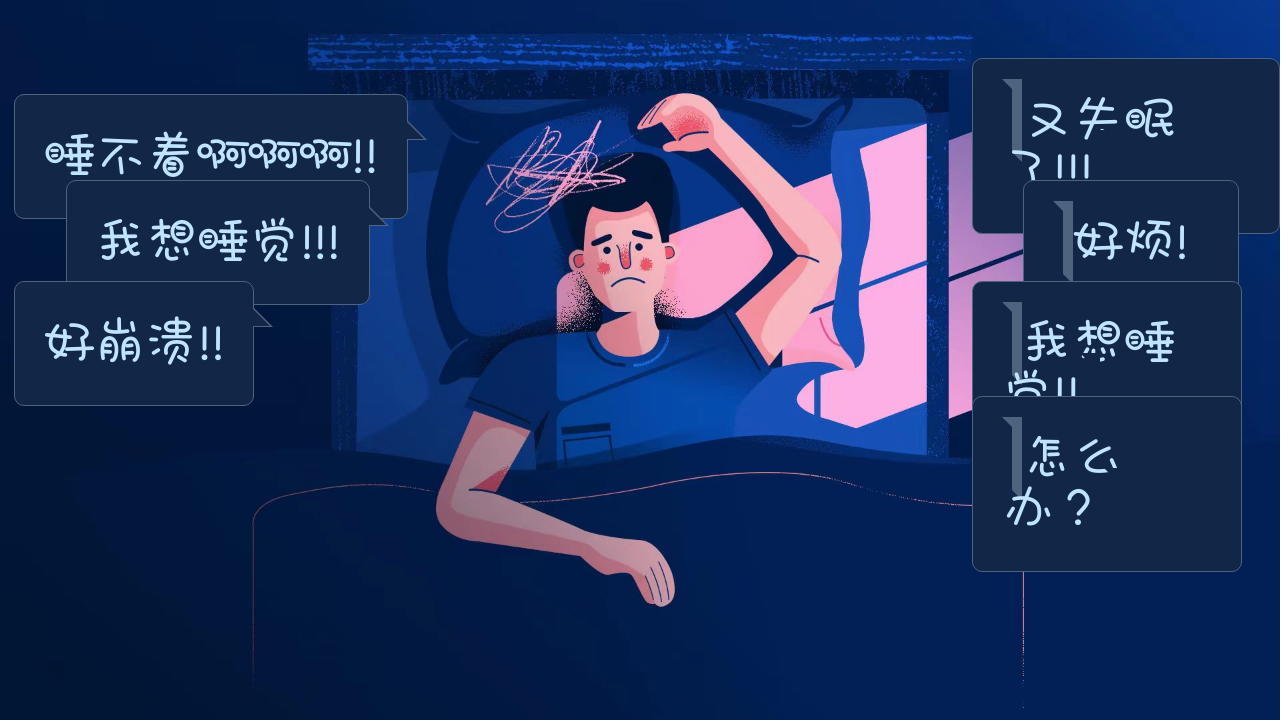
Repository: chjyume/zhongyi
Page: index2.html
These files come from the project's save history. The page is drawn as it stood at one moment and after the next save; the edit follows.
The browser window is 1280 px wide. The page is 1288 px wide, so the pictures cover 1288 px, including what lies to the right of the window. The pictures show the whole page.

Above is the page before, as saved 2023-08-29 23:07:16.

After the next save:
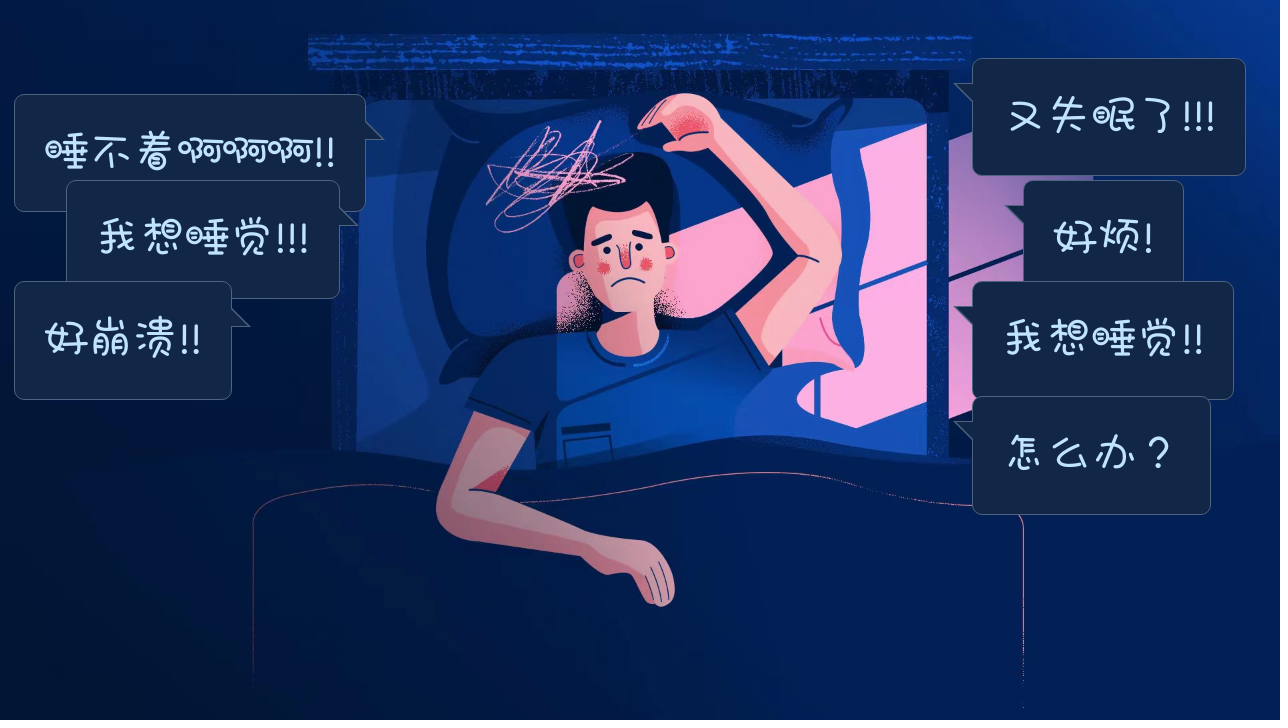
Saved 89 s later.
--- a/css/index2.css
+++ b/css/index2.css
@@ -2,8 +2,8 @@
   display: inline-block;
   height: 8vh;
   font-family: HYLeMiaoTi;
-  font-size: 4vw;
-  line-height: 4vw;
+  font-size: 3.5vw;
+  line-height: 3.5vw;
 }
 .bubble1 {
     position: fixed;
@@ -18,9 +18,9 @@
 
   .bubble1::before,
   .bubble1::after {
-
-    left: -3.7vh;
-    top:4.4vh;
+    position: absolute;
+    left: -20px;
+    top:24px;
     border-color: #4e637e #4e637e transparent transparent;
     border-style: solid;
     border-width: 10px;
